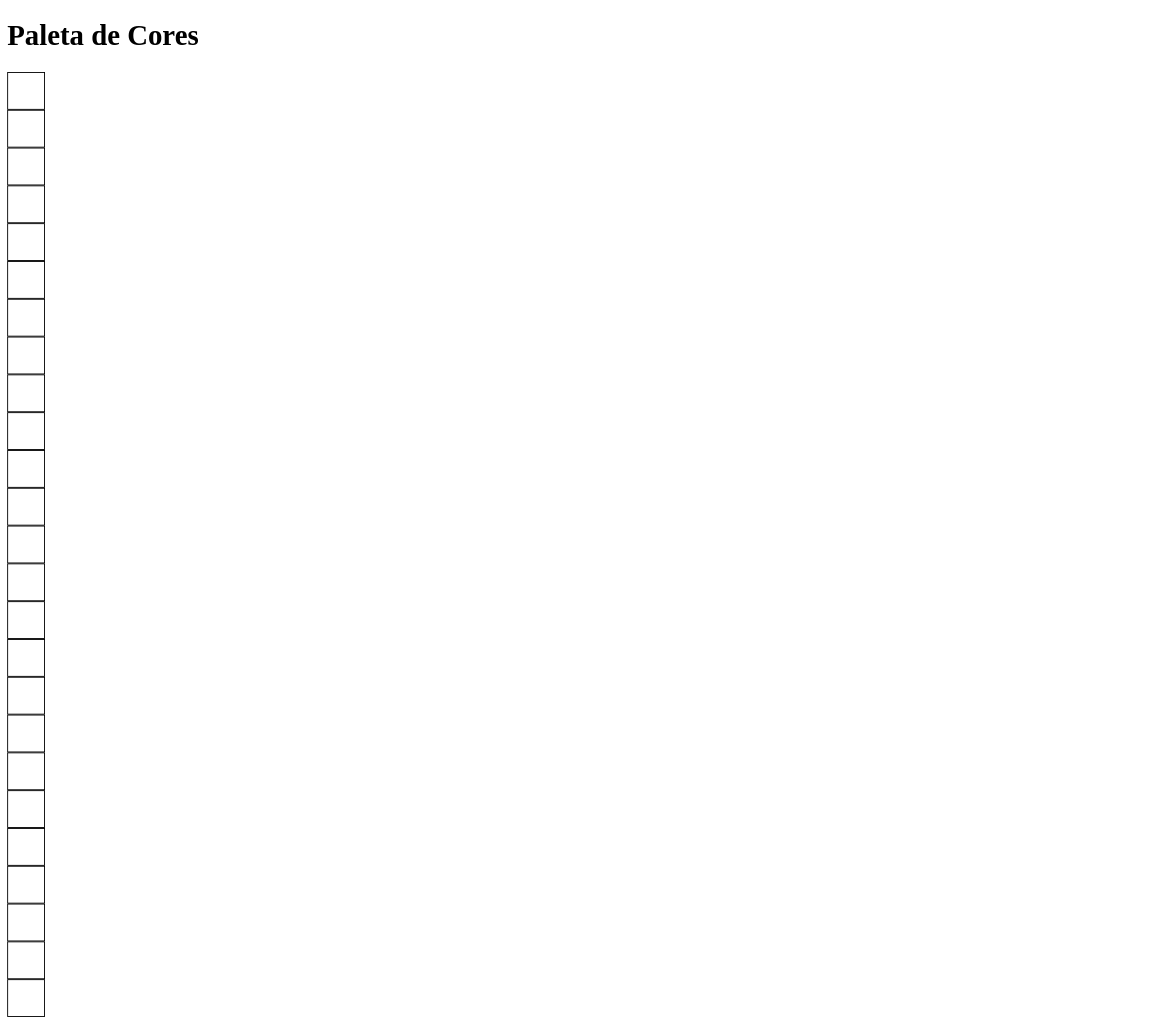
Repository: MuriloColleti/project-Pixer-Art
Page: index.html
These files come from the project's save history. The page is drawn as it stood at one moment and after the next save; the edit follows.
The browser window is 1280 px wide. The pictures show the whole page, at 90% of full size.

Above is the page before, as saved 2024-02-05 15:43:11.

### index.html
<!DOCTYPE html>
<html lang="en">
<head>
    <meta charset="UTF-8">
    <meta name="viewport" content="width=device-width, initial-scale=1.0">
    <link rel="stylesheet" href="style.css">
    <title>Paleta de Cores</title>
</head>

<body>
    <header> <h1 id="title"> Paleta de Cores </h1> </header>

    <main id="pixel-board"></main>

</body>

<script src="script.js"></script>

</html>

### style.css
.black{
    background-color: black;
}

.blue{
    background-color: blue;
}

.yellow{
    background-color: red;
}

.green{
    background-color: green;
}

.pixel{
    width: 40px;
    height: 40px;
    border: 1px solid black;
}

### script.js
var pixeltable = document.getElementById('pixel-board');

//var newPixel = document.createElement("div")

//newPixel.classList.add("pixel")

//pixel.appendChild(newPixel);

for(index = 0; index < 25; index += 1){

    var newPixel = document.createElement('div')
    newPixel.classList.add('pixel')
    pixeltable.appendChild(newPixel);

}

After the next save:
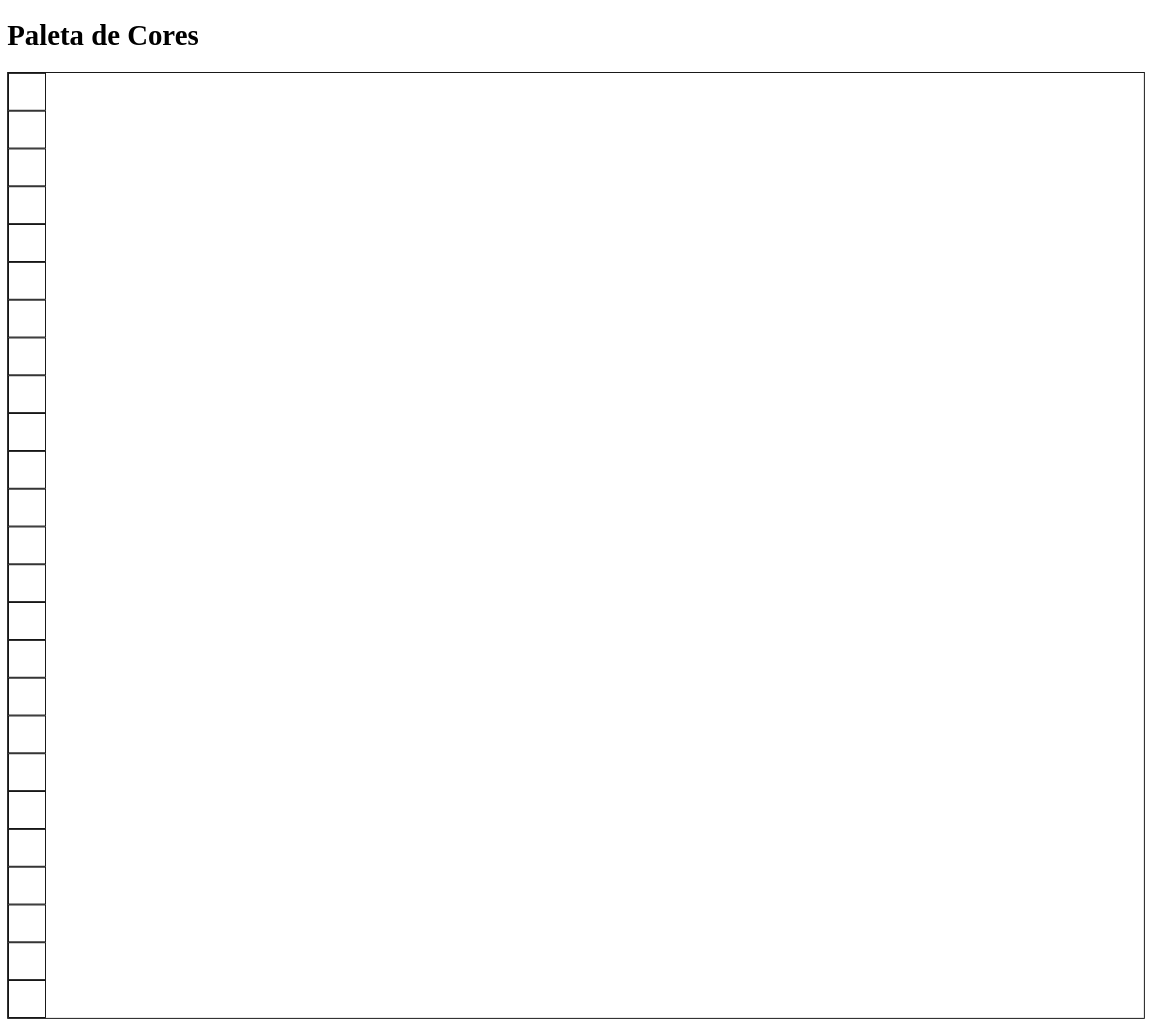
Saved 75 s later.
--- a/style.css
+++ b/style.css
@@ -19,3 +19,7 @@
     height: 40px;
     border: 1px solid black;
 }
+
+#pixel-board{
+    border: 1px solid black;
+}
